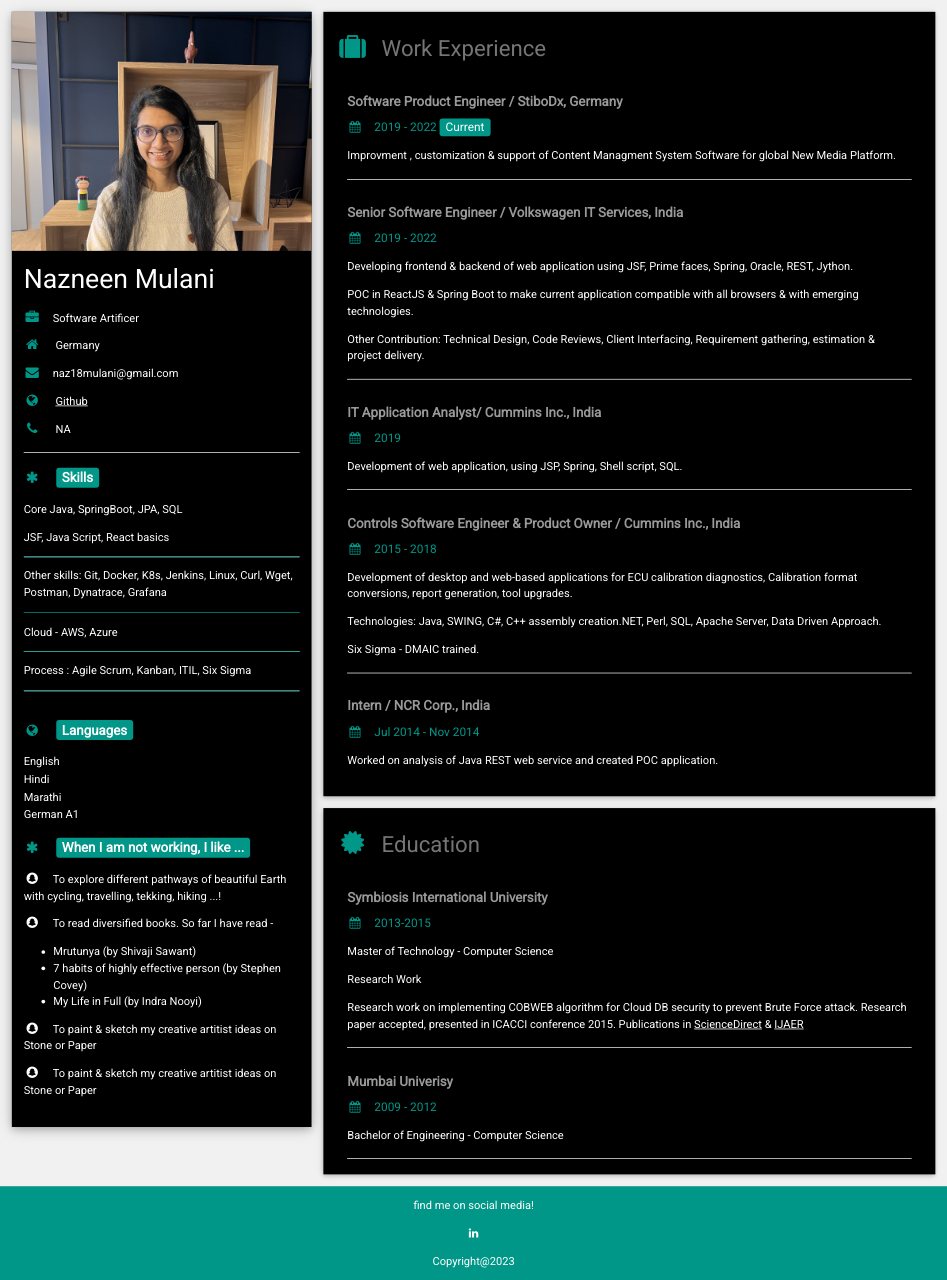
Repository: nazneenprojects/nazneen.github.io
Page: index.html
The author's editor kept a copy of each file at every save. The page is drawn from the files as they stood at one save, then again after the next save.
The browser window is 1280 px wide. The pictures show the whole page, at 74% of full size.

Above is the page before, as saved 2023-07-09 12:15:37.

After the next save:
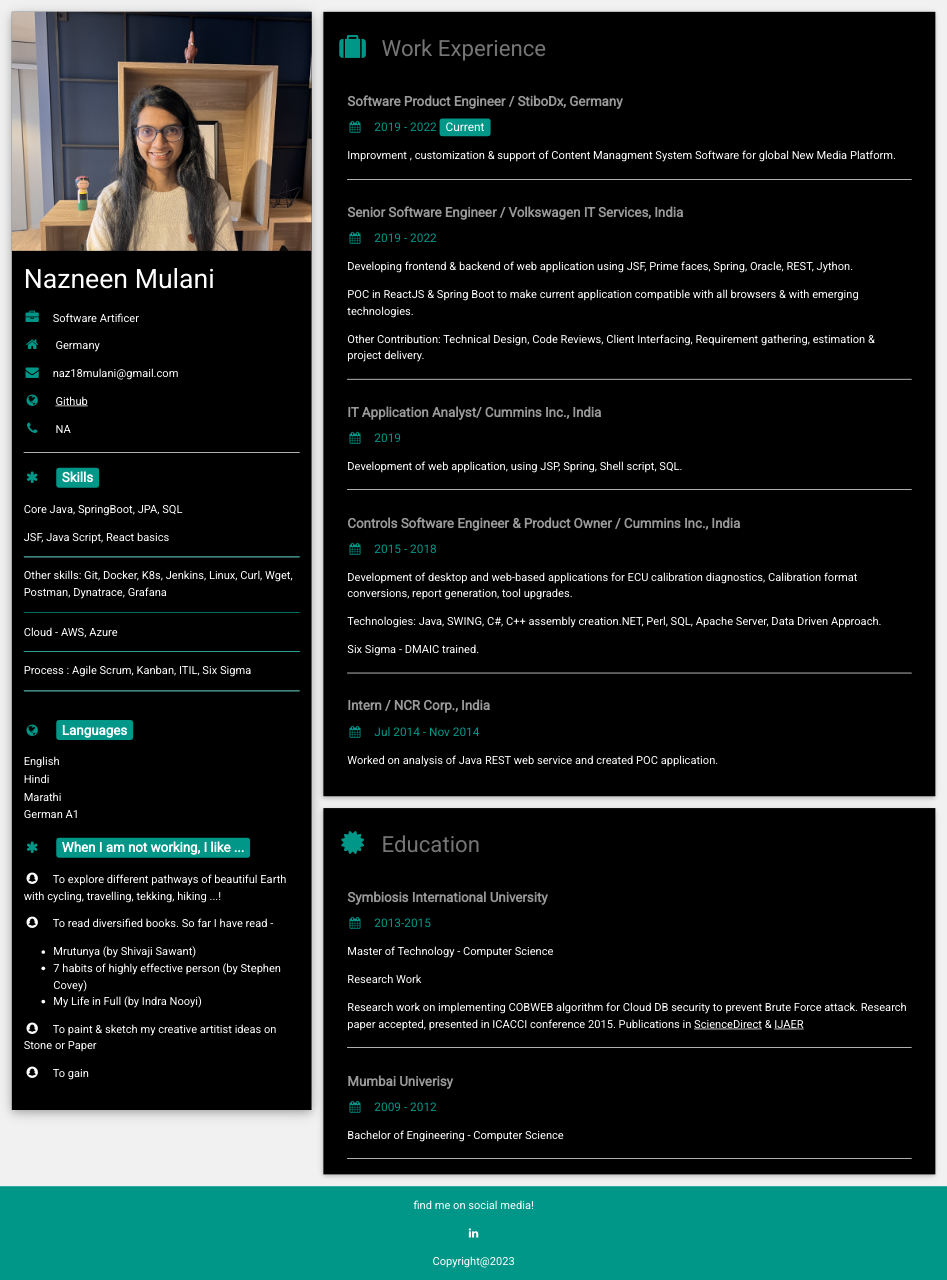
Saved 6 min 31 s later.
--- a/index.html
+++ b/index.html
@@ -92,7 +92,7 @@
           </div>
 
           <p><i class="fa fa-snapchat fa-fw w3-margin-right w3-large w3-text-white"></i>To paint & sketch my creative artitist ideas on Stone or Paper   </p>
-          <p><i class="fa fa-snapchat fa-fw w3-margin-right w3-large w3-text-white"></i>To paint & sketch my creative artitist ideas on Stone or Paper   </p>
+          <p><i class="fa fa-snapchat fa-fw w3-margin-right w3-large w3-text-white"></i>To gain  </p>
           <br>
         </div>
       </div><br>
